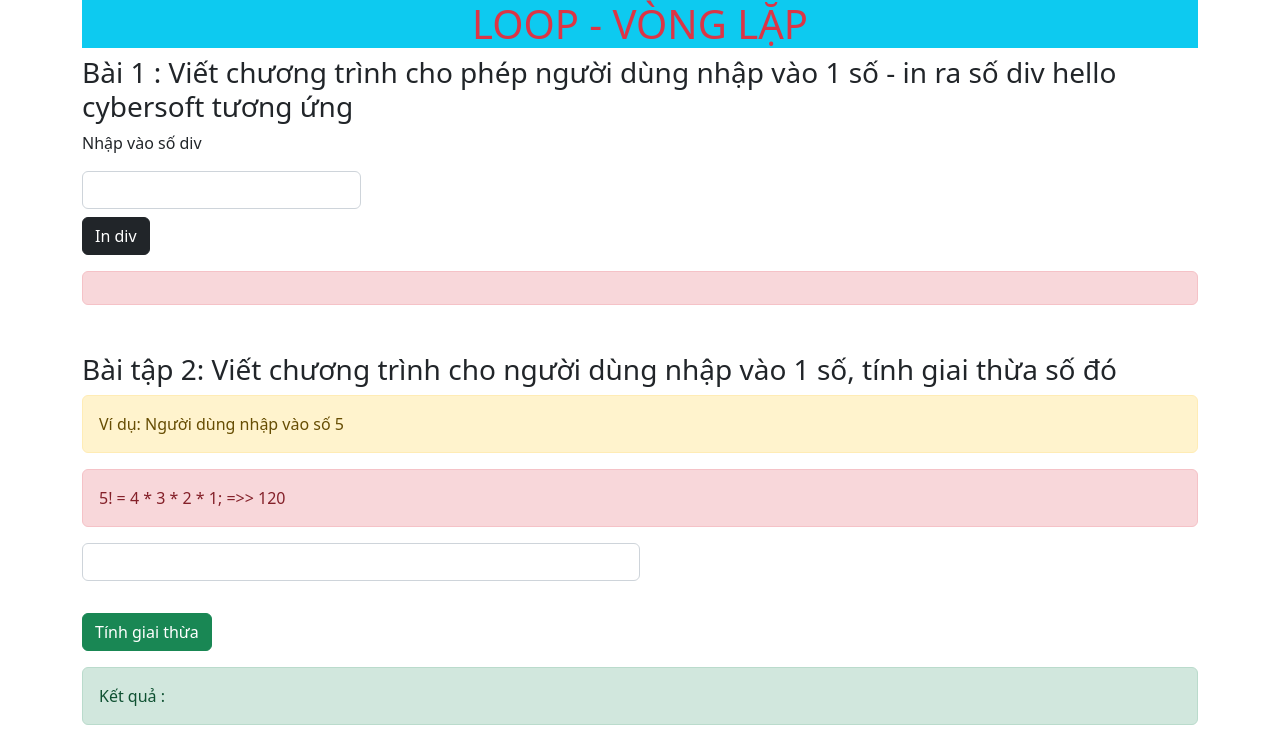
Repository: hcozyph/cyberSoft_JS_fulldocs
Page: JS_6_LOOP/index.html
An editor plug-in stored every save of this project. The page is shown before and after the next save, followed by the edit.
The browser window is 1280 px wide. The pictures show the whole page.

Above is the page before, as saved 2023-02-08 20:38:04.

### JS_6_LOOP/index.html
<!DOCTYPE html>
<html lang="en">
    <head>
        <title>JS_6_LOOP</title>
        <!-- Required meta tags -->
        <meta charset="utf-8" />
        <meta
            name="viewport"
            content="width=device-width, initial-scale=1, shrink-to-fit=no"
        />

        <!-- Bootstrap CSS v5.2.1 -->
        <link
            href="https://cdn.jsdelivr.net/npm/bootstrap@5.2.1/dist/css/bootstrap.min.css"
            rel="stylesheet"
            integrity="sha384-iYQeCzEYFbKjA/T2uDLTpkwGzCiq6soy8tYaI1GyVh/UjpbCx/TYkiZhlZB6+fzT"
            crossorigin="anonymous"
        />
    </head>

    <body style="margin: 0 auto; padding: 0">
        <div class="container">
            <h1 class="text-danger text-center bg-info" style="margin: 0 auto">LOOP - VÒNG LẶP</h1>


            <!-- BT1: Bài tập in ra số div tương ứng -->
            <h3 class="my-2">
                Bài 1 : Viết chương trình cho phép người dùng nhập vào 1 số - in
                ra số div hello cybersoft tương ứng
            </h3>

            <div class="form-group">
                <p>Nhập vào số div</p>
                <input
                    type="text"
                    name=""
                    class="form-control w-25"
                    id="so-div"
                />

                <button class="btn btn-dark my-2" id="btn-in-div">
                    In div
                </button>
            </div>

            <div class="alert alert-danger mt-2 mb-5" id="ket-qua-bai-1"></div>

            <!-- BT2: Tính giai thừa -->
            <h3>
                Bài tập 2: Viết chương trình cho người dùng nhập vào 1 số, tính giai thừa số đó
            </h3>

            <p class="alert alert-warning">
                Ví dụ: Người dùng nhập vào số 5
                <p class="alert alert-danger">
                    5! = 4 * 3 * 2 * 1; =>> 120
                </p>
            </p>

            <div class="form-group">
                <input type="text" id="so-giai-thua" class="form-control w-50"> <br>
                <button class="my-2 btn btn-success" id="btn-tinh-giai-thua">Tính giai thừa</button>
            </div>

            <p class="alert alert-success my-2">
                Kết quả : <span id="ket-qua-bai-2"></span>
            </p>




        </div>

        <!-- Bootstrap JavaScript Libraries -->
        <script
            src="https://cdn.jsdelivr.net/npm/@popperjs/core@2.11.6/dist/umd/popper.min.js"
            integrity="sha384-oBqDVmMz9ATKxIep9tiCxS/Z9fNfEXiDAYTujMAeBAsjFuCZSmKbSSUnQlmh/jp3"
            crossorigin="anonymous"
        ></script>

        <script
            src="https://cdn.jsdelivr.net/npm/bootstrap@5.2.1/dist/js/bootstrap.min.js"
            integrity="sha384-7VPbUDkoPSGFnVtYi0QogXtr74QeVeeIs99Qfg5YCF+TidwNdjvaKZX19NZ/e6oz"
            crossorigin="anonymous"
        ></script>

        <script src="./JS_6/index.js"></script>
    </body>
</html>

### JS_6_LOOP/JS_6/index.js
console.log('lần1');
console.log('lần2');
console.log('lần3');
console.log('lần4');

/*
    Cấu trúc vòng lặp: Dùng để thực hiện 1 hành động được lặp đi lặp lại nhiều lần.

    //CÁC BƯỚC CẤU THÀNH VÒNG LẶP
    B1: Xác định điều kiện thay đổi trong biểu thức lặp (có 1 biến nào đó gọi là biến điều kiện)

    B2: Dựa vào biến thay đổi để thực hiện điều kiện lặp

    B3: Cài đặt xử lý trong mỗi lần lặp

    B4: Thay đổi giá trị của biến điều kiện để đến 1 lúc nào đó nó sẽ dừng

*/

////

//Bước 1: Xác định điều kiện lặp
var soLan = 0;

//Bước 2: Điều kiện lặp
while (soLan <= 5) {
    //Bước 3: xử lý
    console.log('hello CyberSoft ! lần' + soLan);

    //Bước 4: thay đổi điều kiện sau mỗi lần lặp để DỪNG
    soLan += 1;
};

////////////////////////////////////////////////////////

//BÀI 1: Bài tập in ra số div tương ứng

document.getElementById('btn-in-div').onclick = function () {

    //input: số lượng div
    var soLuongDiv = Number(document.getElementById('so-div').value);

    //output:
    var htmlOutput = '';

    //process:

    //B1: xác định điều kiện thay đổi - khai báo biến điều kiện
    var soLan = 1;

    //B2: Điều kiện lặp
    while (soLan <= soLuongDiv) {

        //B3: Xử lý mỗi lần lặp
        htmlOutput = htmlOutput + '<div>Helu</div>';

        //B4: Thay đổi điều kiện để stop loop
        soLan += 1;
    }

    //////////////////Nhớ đặt trong function//////////////
    //In output ra giao điện
    document.getElementById('ket-qua-bai-1').innerHTML = htmlOutput;
}

//BÀI 2: Tính giai thừa

document.getElementById('btn-tinh-giai-thua').onclick = function () {
    //input
    var soGiaiThua = Number(document.getElementById('so-giai-thua').value);

    //output
    var ketQua = 1;

    //process

    var soHang = 1;  //B1: khai báo biến điều kiện

    // B2: Điều kiện lặp
    while ( soHang <= soGiaiThua) {

        //B3: Xử lý
        ketQua *= soHang

        //B4: Thay đổi giá trị điều kiện
        soHang += 1; //soHang++
    }

    //In kết quả ra giao diện
    document.getElementById('ket-qua-bai-2').innerHTML = ketQua;

}

After the next save:
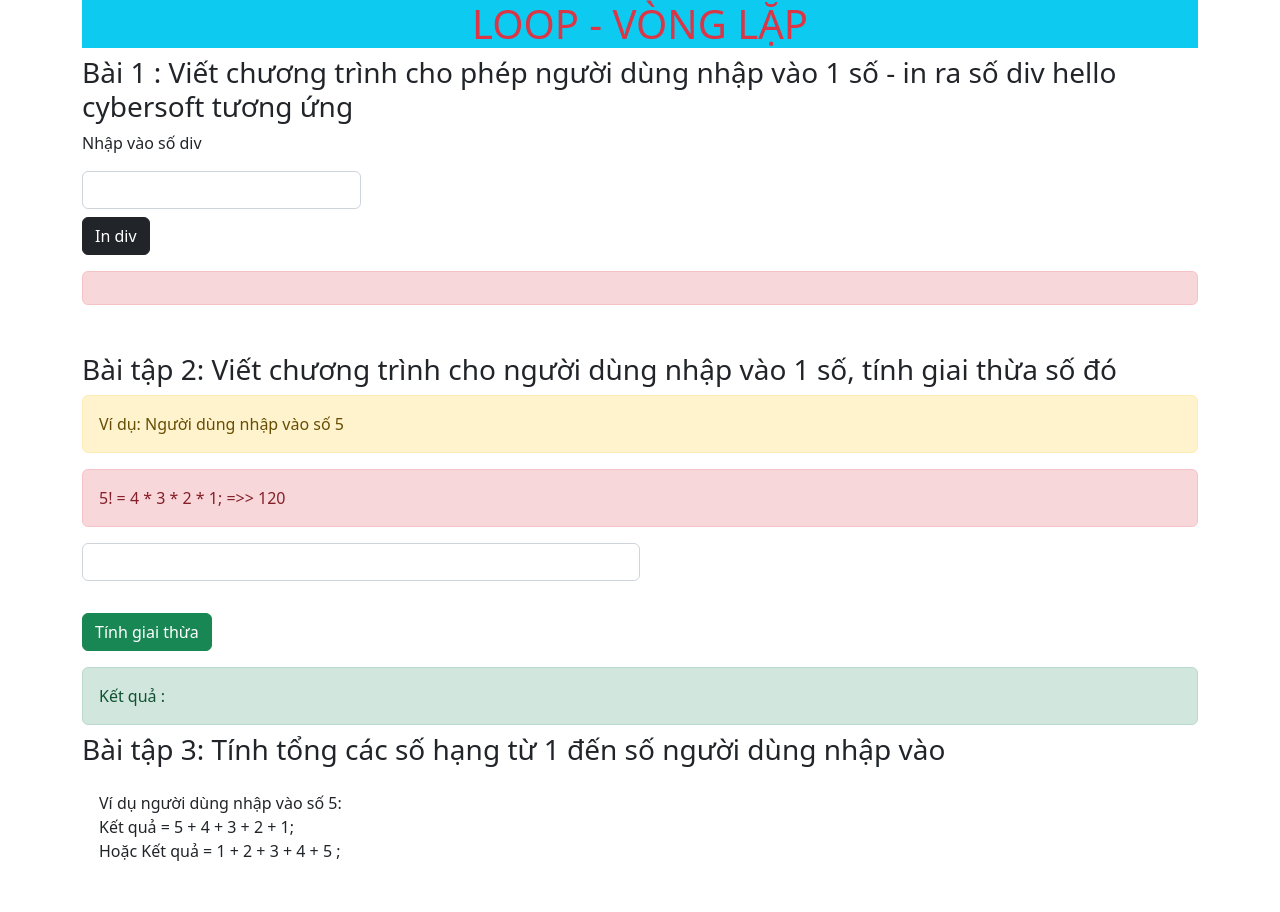
Saved 2 min 6 s later.
--- a/JS_6_LOOP/index.html
+++ b/JS_6_LOOP/index.html
@@ -66,6 +66,21 @@
                 Kết quả : <span id="ket-qua-bai-2"></span>
             </p>
 
+            <!-- BT3: Tính tổng các số hạng -->
+            <h3>
+                Bài tập 3: Tính tổng các số hạng từ 1 đến số người dùng nhập vào
+            </h3>
+
+            <div class="alert alert-morning">
+                Ví dụ người dùng nhập vào số 5:
+                <p>
+                    Kết quả = 5 + 4 + 3 + 2 + 1;
+                    <br>
+                    Hoặc
+                    Kết quả = 1 + 2 + 3 + 4 + 5 ;
+                </p>
+            </div>
+
 
 
 
